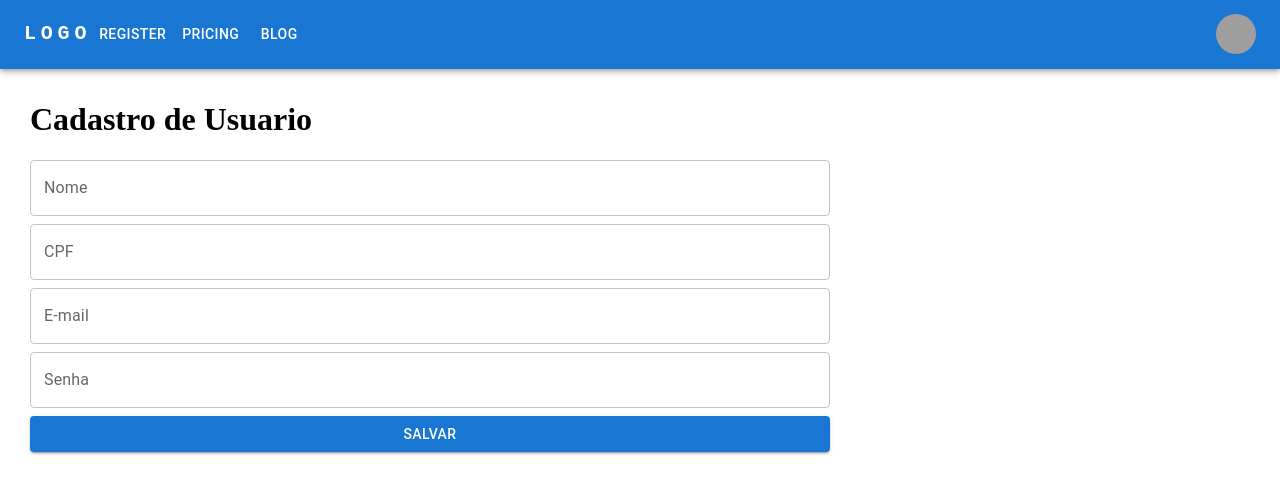
Repository: GabrielLeao02/sistema-react
Page: /register
An editor plug-in stored every save of this project. The page is shown before and after the next save, followed by the edit.
The browser window is 1280 px wide. The pictures show the whole page.
Pictures or frames that could not be fetched are drawn as grey boxes. The project was rebuilt for these pictures with package versions that can differ from the ones it lists, and the page was loaded fresh each time. Also part of the build but not shown: src/presenter/home/home.tsx.

Above is the page before, as saved 2023-07-24 14:58:14.

### index.html
<!DOCTYPE html>
<html lang="en">
  <head>
    <meta charset="UTF-8" />
    <link rel="icon" type="image/svg+xml" href="/vite.svg" />
    <meta name="viewport" content="width=device-width, initial-scale=1.0" />
    <title>Vite + React + TS</title>
    <style>
      html, body{
        margin: 0;
        padding: 0;
        box-sizing: border-box;
      }
    </style>
  </head>
  <body>
    <div id="root"></div>
    <script type="module" src="/src/main.tsx"></script>
  </body>
</html>

### src/App.tsx

import { Routes, Route, BrowserRouter } from 'react-router-dom';
import Home from './presenter/home/home';
import Register from './presenter/register/register';
import NavBar from './presenter/navBar/navBar';

function App() {
	return (
		<>
			<NavBar />
			<BrowserRouter>
				<Routes>
					<Route path='/' element={<Home />} />
					<Route path='/home' element={<Home />} />
					<Route path='/register' element={<Register />} />
				</Routes>
			</BrowserRouter>
		</>
	);
}

export default App;

### src/presenter/register/register.tsx
import { styled } from "styled-components";
import Button from '@mui/material/Button';
import NavBar from '../navBar/navBar';
import { useState } from 'react';
import FormUser from "../form/formUser";

const ContainerStyled = styled.div`
  box-sizing: border-box;
  width: 80%;
  display: flex;
  justify-content: center;
  flex-direction: column;
  align-items: start;
  margin-top: 80px;
  margin-left: 30px;
`;

const DivRowStyled = styled.div`
    box-sizing: border-box;
    display: flex;
    gap: 5px 10px;
`


function Register() {
    const [mostrarBotao, setMostrar] = useState(true);

    return (
        <>

            <ContainerStyled>
                <h1>Cadastro de Usuario</h1>
                <FormUser />
            </ContainerStyled>
        </>
    )
}
export default Register

### src/presenter/navBar/navBar.tsx
import * as React from 'react';
import AppBar from '@mui/material/AppBar';
import Box from '@mui/material/Box';
import Toolbar from '@mui/material/Toolbar';
import IconButton from '@mui/material/IconButton';
import Typography from '@mui/material/Typography';
import Menu from '@mui/material/Menu';
import MenuIcon from '@mui/icons-material/Menu';
import Container from '@mui/material/Container';
import Avatar from '@mui/material/Avatar';
import Button from '@mui/material/Button';
import Tooltip from '@mui/material/Tooltip';
import MenuItem from '@mui/material/MenuItem';
import { styled } from "styled-components";

const NavBarStyled = styled.div`
  box-sizing: border-box;
  position: absolute;
  top: 0;
  width: 100%;
  display: flex;
  border: non;
  justify-content: space-between;
  align-items: center;
`;

const pages = ['register', 'Pricing', 'Blog'];
const settings = ['Profile', 'Account', 'Dashboard', 'Logout'];

const NavBar: React.VFC = () => {
    const [anchorElNav, setAnchorElNav] = React.useState<null | HTMLElement>(null);
    const [anchorElUser, setAnchorElUser] = React.useState<null | HTMLElement>(null);

    const handleOpenNavMenu = (event: React.MouseEvent<HTMLElement>) => {
        setAnchorElNav(event.currentTarget);
    };
    const handleOpenUserMenu = (event: React.MouseEvent<HTMLElement>) => {
        setAnchorElUser(event.currentTarget);
    };

    const handleCloseNavMenu = (event: string) => {
        window.location.href = "/" + event;
    };

    const handleCloseUserMenu = () => {
        setAnchorElUser(null);
    };

    return (
        <NavBarStyled>
            <AppBar position="static">
                <Container maxWidth="xl">
                    <Toolbar disableGutters>
                        <Typography
                            variant="h6"
                            noWrap
                            component="a"
                            href="/home"
                            sx={{
                                fontFamily: 'monospace',
                                fontWeight: 700,
                                letterSpacing: '.3rem',
                                color: 'inherit',
                                textDecoration: 'none',
                            }}
                        >
                            LOGO
                        </Typography>

                        <Box sx={{ flexGrow: 1, display: { xs: 'flex', md: 'none' } }}>
                            <IconButton
                                size="large"
                                aria-label="account of current user"
                                aria-controls="menu-appbar"
                                aria-haspopup="true"
                                onClick={handleOpenNavMenu}
                                color="inherit"
                            >
                                <MenuIcon />
                            </IconButton>
                            <Menu
                                id="menu-appbar"
                                anchorEl={anchorElNav}
                                anchorOrigin={{
                                    vertical: 'bottom',
                                    horizontal: 'left',
                                }}
                                keepMounted
                                transformOrigin={{
                                    vertical: 'top',
                                    horizontal: 'left',
                                }}
                                open={Boolean(anchorElNav)}
                                onClose={handleCloseNavMenu}
                                sx={{
                                    display: { xs: 'block', md: 'none' },
                                }}
                            >
                                {pages.map((page) => (
                                    <MenuItem key={page} onClick={() => handleCloseNavMenu(page)}>
                                        <Typography textAlign="center">{page}</Typography>
                                    </MenuItem>
                                ))}
                            </Menu>
                        </Box>

                        <Box sx={{ flexGrow: 1, display: { xs: 'none', md: 'flex' } }}>
                            {pages.map((page) => (
                                <Button
                                    key={page}
                                    onClick={() => handleCloseNavMenu(page)}
                                    sx={{ my: 2, color: 'white', display: 'block' }}
                                >
                                    {page}
                                </Button>
                            ))}
                        </Box>

                        <Box sx={{ flexGrow: 0 }}>
                            <Tooltip title="Open settings">
                                <IconButton onClick={handleOpenUserMenu} sx={{ p: 0 }}>
                                    <Avatar alt="Remy Sharp" src="/static/images/avatar/2.jpg" />
                                </IconButton>
                            </Tooltip>
                            <Menu
                                sx={{ mt: '45px' }}
                                id="menu-appbar"
                                anchorEl={anchorElUser}
                                anchorOrigin={{
                                    vertical: 'top',
                                    horizontal: 'right',
                                }}
                                keepMounted
                                transformOrigin={{
                                    vertical: 'top',
                                    horizontal: 'right',
                                }}
                                open={Boolean(anchorElUser)}
                                onClose={handleCloseUserMenu}
                            >
                                {settings.map((setting) => (
                                    <MenuItem key={setting} onClick={handleCloseUserMenu}>
                                        <Typography textAlign="center">{setting}</Typography>
                                    </MenuItem>
                                ))}
                            </Menu>
                        </Box>
                    </Toolbar>
                </Container>
            </AppBar>
        </NavBarStyled>
    );
};

export default NavBar;

### src/presenter/form/formUser.tsx
import React, { useState } from "react";
import Button from "@mui/material/Button";
import TextField from "@mui/material/TextField";
import styled from "styled-components";
import ContainerGlobal from "../containerGlobal/containerGlobal";
import { SelectChangeEvent } from '@mui/material/Select';
import { isCNPJ, formatToCNPJ, isCPF } from 'brazilian-values';
import bcrypt from 'bcryptjs';
const FormStyled = styled.div`
  box-sizing: border-box;
  display: flex;
  flex-direction: column;
  width: 100%;
  max-width: 800px;
  gap: 8px;
`;

function FormUser() {
    const [usuario_email_error, setUsuarioEmailError] = useState(false);
    const [emailErrorText, setEmailErrorText] = useState("");
    const [cpfErrorText, setCpfErrorText] = useState("");
    const [isCpf, setIsCpf] = useState(false);
    const [formData, setFormData] = useState({
        usuario_nome: "",
        usuario_cpf: "",
        usuario_email: "",
        usuario_senha: ""

    });

    const handleChange = (e: SelectChangeEvent<string[]> | React.ChangeEvent<{ name: string; value: unknown }>) => {
        const { name, value } = e.target as HTMLInputElement;
        setFormData((prevData) => ({ ...prevData, [name]: value }));
    };

    const isEmailValid = (email: string) => {
        // Expressão regular para validar o email
        const emailRegex = /^[^\s@]+@[^\s@]+\.[^\s@]+$/;
        return emailRegex.test(email);
    };


    const handleSubmit = async () => {
        try {
            const { usuario_nome, usuario_cpf, usuario_email, usuario_senha } = formData;

            if (!isCPF(usuario_cpf)) {
                setIsCpf(true)
                setCpfErrorText("Cpf Invalido!")
                return;
            } else {
                setIsCpf(false)
                setCpfErrorText("")
            }

            if (!isEmailValid(usuario_email)) {
                setUsuarioEmailError(true)
                setEmailErrorText("Insira um email valido!")
                return;
            } else {
                setUsuarioEmailError(false)
                setEmailErrorText("")
            }

            const saltRounds = 10;
            const hashedPassword = await bcrypt.hash(usuario_senha, saltRounds);
            formData.usuario_senha = hashedPassword;
            const response = await fetch("http://localhost:5000/salvarusuario", {
                method: "POST",
                headers: {
                    "Content-Type": "application/json",
                },
                body: JSON.stringify(formData),
            });

            if (!response.ok) {
                throw new Error("Erro ao salvar os dados do formulário");
            }

            console.log(response.json());
            // Opcionalmente, você pode redefinir os campos do formulário aqui
            setFormData({
                usuario_nome: "",
                usuario_cpf: "",
                usuario_email: "",
                usuario_senha: ""
            });
        } catch (error) {
            console.error(error);
        }
    };

    return (
        <>

                <FormStyled>
                    <TextField
                        id="usuario_nome"
                        name="usuario_nome"
                        label="Nome"
                        variant="outlined"
                        value={formData.usuario_nome}
                        onChange={handleChange}
                    />
                    <TextField
                        id="usuario_cpf"
                        name="usuario_cpf"
                        label="CPF"
                        error={isCpf}
                        variant="outlined"
                        value={formData.usuario_cpf}
                        onChange={handleChange}
                        helperText={cpfErrorText}
                    />
                    <TextField
                        id="usuario_email"
                        name="usuario_email"
                        error={usuario_email_error}
                        label="E-mail"
                        type="email"
                        variant="outlined"
                        value={formData.usuario_email}
                        onChange={handleChange}
                        helperText={emailErrorText}
                    />                    <TextField
                        id="usuario_senha"
                        name="usuario_senha"
                        error={usuario_email_error}
                        label="Senha"
                        type="password"
                        variant="outlined"
                        value={formData.usuario_senha}
                        onChange={handleChange}
                        helperText={emailErrorText}
                    />

                    <Button variant="contained" onClick={handleSubmit}>
                        Salvar
                    </Button>
                </FormStyled>

        </>
    );
}

export default FormUser;

Loaded but not shown: src/main.tsx (common file)

After the next save:
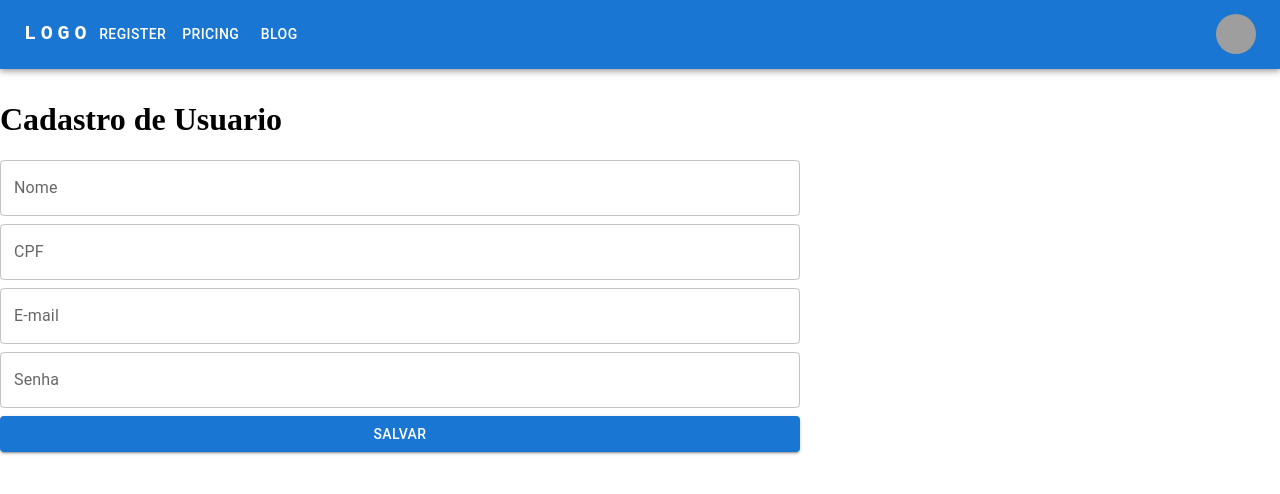
Saved 34 s later.
--- a/src/presenter/register/register.tsx
+++ b/src/presenter/register/register.tsx
@@ -12,7 +12,6 @@ const ContainerStyled = styled.div`
   flex-direction: column;
   align-items: start;
   margin-top: 80px;
-  margin-left: 30px;
 `;
 
 const DivRowStyled = styled.div`
